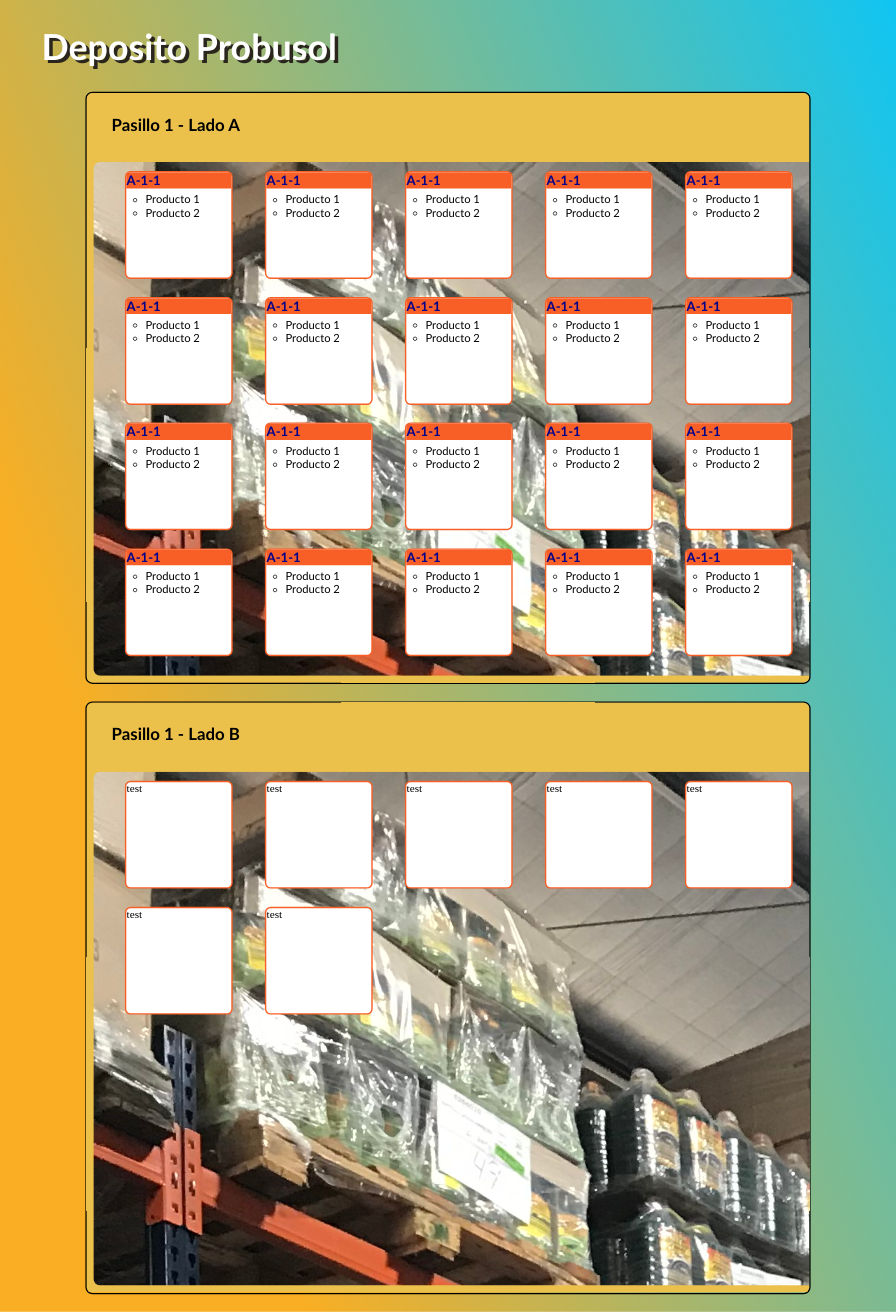
Repository: Franzcod/DepoStock_Web
Page: index.html
The author's editor kept a copy of each file at every save. The page is drawn from the files as they stood at one save, then again after the next save.
The browser window is 1280 px wide. The pictures show the whole page, at 70% of full size.

Above is the page before, as saved 2020-06-07 22:54:52.
Console error: ReferenceError: ur is not defined

### index.html
<!DOCTYPE html>
<html lang="en">
<head>
    <meta charset="UTF-8">
    <meta name="viewport" content="width=device-width, initial-scale=1.0">
    <title>Deposito Probusol</title>

    <link rel="stylesheet" href="estilo/estilo.css">
</head>
<body>

    <div class="titulo">
        <h1>Deposito Probusol</h1>
    </div>


    <div class="app">
        <h2>Pasillo 1 - Lado A</h2>

        <ul class="hs">

            <li class="item">

                <h3 class="pos">A-1-1</h3>
                <ul class="listaProduc">
                    <li class="producto"> Producto 1</li>
                    <li class="producto"> Producto 2</li>
                </ul>
            </li>

            <li class="item">

                <h3 class="pos">A-1-1</h3>
                <ul class="listaProduc">
                    <li class="producto"> Producto 1</li>
                    <li class="producto"> Producto 2</li>
                </ul>
            </li>
            <li class="item">

                <h3 class="pos">A-1-1</h3>
                <ul class="listaProduc">
                    <li class="producto"> Producto 1</li>
                    <li class="producto"> Producto 2</li>
                </ul>
            </li>
            <li class="item">

                <h3 class="pos">A-1-1</h3>
                <ul class="listaProduc">
                    <li class="producto"> Producto 1</li>
                    <li class="producto"> Producto 2</li>
                </ul>
            </li>
            <li class="item">

                <h3 class="pos">A-1-1</h3>
                <ul class="listaProduc">
                    <li class="producto"> Producto 1</li>
                    <li class="producto"> Producto 2</li>
                </ul>
            </li>
            <li class="item">

                <h3 class="pos">A-1-1</h3>
                <ul class="listaProduc">
                    <li class="producto"> Producto 1</li>
                    <li class="producto"> Producto 2</li>
                </ul>
            </li>
            <li class="item">

                <h3 class="pos">A-1-1</h3>
                <ul class="listaProduc">
                    <li class="producto"> Producto 1</li>
                    <li class="producto"> Producto 2</li>
                </ul>
            </li>
            <li class="item">

                <h3 class="pos">A-1-1</h3>
                <ul class="listaProduc">
                    <li class="producto"> Producto 1</li>
                    <li class="producto"> Producto 2</li>
                </ul>
            </li>
            <li class="item">

                <h3 class="pos">A-1-1</h3>
                <ul class="listaProduc">
                    <li class="producto"> Producto 1</li>
                    <li class="producto"> Producto 2</li>
                </ul>
            </li>
            <li class="item">

                <h3 class="pos">A-1-1</h3>
                <ul class="listaProduc">
                    <li class="producto"> Producto 1</li>
                    <li class="producto"> Producto 2</li>
                </ul>
            </li>
            <li class="item">

                <h3 class="pos">A-1-1</h3>
                <ul class="listaProduc">
                    <li class="producto"> Producto 1</li>
                    <li class="producto"> Producto 2</li>
                </ul>
            </li>
            <li class="item">

                <h3 class="pos">A-1-1</h3>
                <ul class="listaProduc">
                    <li class="producto"> Producto 1</li>
                    <li class="producto"> Producto 2</li>
                </ul>
            </li>
            <li class="item">

                <h3 class="pos">A-1-1</h3>
                <ul class="listaProduc">
                    <li class="producto"> Producto 1</li>
                    <li class="producto"> Producto 2</li>
                </ul>
            </li>
            <li class="item">

                <h3 class="pos">A-1-1</h3>
                <ul class="listaProduc">
                    <li class="producto"> Producto 1</li>
                    <li class="producto"> Producto 2</li>
                </ul>
            </li>
            <li class="item">

                <h3 class="pos">A-1-1</h3>
                <ul class="listaProduc">
                    <li class="producto"> Producto 1</li>
                    <li class="producto"> Producto 2</li>
                </ul>
            </li>
            <li class="item">

                <h3 class="pos">A-1-1</h3>
                <ul class="listaProduc">
                    <li class="producto"> Producto 1</li>
                    <li class="producto"> Producto 2</li>
                </ul>
            </li>
            <li class="item">

                <h3 class="pos">A-1-1</h3>
                <ul class="listaProduc">
                    <li class="producto"> Producto 1</li>
                    <li class="producto"> Producto 2</li>
                </ul>
            </li>
            <li class="item">

                <h3 class="pos">A-1-1</h3>
                <ul class="listaProduc">
                    <li class="producto"> Producto 1</li>
                    <li class="producto"> Producto 2</li>
                </ul>
            </li>
            <li class="item">

                <h3 class="pos">A-1-1</h3>
                <ul class="listaProduc">
                    <li class="producto"> Producto 1</li>
                    <li class="producto"> Producto 2</li>
                </ul>
            </li>
            <li class="item">

                <h3 class="pos">A-1-1</h3>
                <ul class="listaProduc">
                    <li class="producto"> Producto 1</li>
                    <li class="producto"> Producto 2</li>
                </ul>
            </li>
            <li class="item">

                <h3 class="pos">A-1-1</h3>
                <ul class="listaProduc">
                    <li class="producto"> Producto 1</li>
                    <li class="producto"> Producto 2</li>
                </ul>
            </li>
            <li class="item">

                <h3 class="pos">A-1-1</h3>
                <ul class="listaProduc">
                    <li class="producto"> Producto 1</li>
                    <li class="producto"> Producto 2</li>
                </ul>
            </li>
            <li class="item">

                <h3 class="pos">A-1-1</h3>
                <ul class="listaProduc">
                    <li class="producto"> Producto 1</li>
                    <li class="producto"> Producto 2</li>
                </ul>
            </li>
            <li class="item">

                <h3 class="pos">A-1-1</h3>
                <ul class="listaProduc">
                    <li class="producto"> Producto 1</li>
                    <li class="producto"> Producto 2</li>
                </ul>
            </li>
            <li class="item">

                <h3 class="pos">A-1-1</h3>
                <ul class="listaProduc">
                    <li class="producto"> Producto 1</li>
                    <li class="producto"> Producto 2</li>
                </ul>
            </li>
            <li class="item">

                <h3 class="pos">A-1-1</h3>
                <ul class="listaProduc">
                    <li class="producto"> Producto 1</li>
                    <li class="producto"> Producto 2</li>
                </ul>
            </li>
            <li class="item">

                <h3 class="pos">A-1-1</h3>
                <ul class="listaProduc">
                    <li class="producto"> Producto 1</li>
                    <li class="producto"> Producto 2</li>
                </ul>
            </li>
            <li class="item">

                <h3 class="pos">A-1-1</h3>
                <ul class="listaProduc">
                    <li class="producto"> Producto 1</li>
                    <li class="producto"> Producto 2</li>
                </ul>
            </li>
            <li class="item">

                <h3 class="pos">A-1-1</h3>
                <ul class="listaProduc">
                    <li class="producto"> Producto 1</li>
                    <li class="producto"> Producto 2</li>
                </ul>
            </li>
            <li class="item">

                <h3 class="pos">A-1-1</h3>
                <ul class="listaProduc">
                    <li class="producto"> Producto 1</li>
                    <li class="producto"> Producto 2</li>
                </ul>
            </li>
            <li class="item">

                <h3 class="pos">A-1-1</h3>
                <ul class="listaProduc">
                    <li class="producto"> Producto 1</li>
                    <li class="producto"> Producto 2</li>
                </ul>
            </li>
            <li class="item">

                <h3 class="pos">A-1-1</h3>
                <ul class="listaProduc">
                    <li class="producto"> Producto 1</li>
                    <li class="producto"> Producto 2</li>
                </ul>
            </li>
            <li class="item">

                <h3 class="pos">A-1-1</h3>
                <ul class="listaProduc">
                    <li class="producto"> Producto 1</li>
                    <li class="producto"> Producto 2</li>
                </ul>
            </li>
            <li class="item">

                <h3 class="pos">A-1-1</h3>
                <ul class="listaProduc">
                    <li class="producto"> Producto 1</li>
                    <li class="producto"> Producto 2</li>
                </ul>
            </li>
            <li class="item">

                <h3 class="pos">A-1-1</h3>
                <ul class="listaProduc">
                    <li class="producto"> Producto 1</li>
                    <li class="producto"> Producto 2</li>
                </ul>
            </li>
            <li class="item">

                <h3 class="pos">A-1-1</h3>
                <ul class="listaProduc">
                    <li class="producto"> Producto 1</li>
                </ul>
            </li>
            <li class="item">

                <h3 class="pos">A-1-1</h3>
                <ul class="listaProduc">
                    <li class="producto"> Producto 1</li>
                    <li class="producto"> Producto 2</li>
                </ul>
            </li>
            <li class="item">

                <h3 class="pos">A-1-1</h3>
                <ul class="listaProduc">
                    <li class="producto"> Producto 1</li>
                    <li class="producto"> Producto 2</li>
                </ul>
            </li>
            <li class="item">

                <h3 class="pos">A-1-1</h3>
                <ul class="listaProduc">
                    <li class="producto"> Producto 1</li>
                    <li class="producto"> Producto 2</li>
                </ul>
            </li>
            <li class="item">

                <h3 class="pos">A-1-1</h3>
                <ul class="listaProduc">
                    <li class="producto"> Producto 1</li>
                    <li class="producto"> Producto 2</li>
                </ul>
            </li>



        </ul>

        <!-- <div class="container">
            <div class="item">
            <h3>Block for context</h3>
            </div>
        </div> -->
    </div>

    <div class="app">
        <h2>Pasillo 1 - Lado B</h2>

        <ul class="hs">
            <li class="item">test</li>
            <li class="item">test</li>
            <li class="item">test</li>
            <li class="item">test</li>
            <li class="item">test</li>
            <li class="item">test</li>
            <li class="item">test</li>
            <li class="item">test</li>
            <li class="item">test</li>
            <li class="item">test</li>
            <li class="item">test</li>
            <li class="item">test</li>

        </ul>

        <!-- <div class="container">
            <div class="item">
            <h3>Block for context</h3>
            </div>
        </div> -->
    </div>






    <script>ur</script>

</body>







</html>

### estilo/estilo.css
html{
    background: rgb(11,196,242);
    background: linear-gradient(249deg, rgba(11,196,242,0.981127485173757) 0%, rgba(248,163,5,0.8774860285911239) 78%);
}

.titulo{
    margin: 2vw 4vw;
    align-items: flex-start;
    color: #fff;
    font-size: 2vw;
    font-family: 'Gill Sans', 'Gill Sans MT', Calibri, 'Trebuchet MS', sans-serif;
    text-shadow: 5px 5px rgb(42, 38, 30);

}


:root {
--gutter: 20px;
}

.app {
    padding: 10px;
    display: grid;
    grid-gap: var(--gutter) 0;
    border: 2px solid black;
    /* grid-template-columns: var(--gutter) 1fr var(--gutter);  */
    align-content: start;
    width: 80%;
    height: 75%;

    background: rgb(235, 192, 75);
    /* overflow-y: scroll; */
    margin: 2vw auto;
    overflow-x: auto;
    border-radius: 10px;
}


.hs {
    display: grid;
    grid-template-columns: repeat(10, 1fr);
    grid-template-rows: repeat(4, 1fr);
    overflow-x: auto;
    /* scroll-snap-type: x proximity; */
    padding-bottom: calc(.75 * var(--gutter));
    background-color:whitesmoke;
    width: 2000px;
    align-items: center;
    margin: auto;
    border-radius: 10px;
    background-image: url("/img/dep.jpg");
    image-resolution: initial;
}

h2{
    margin-left: 2vw;
    font-family: 'Gill Sans', 'Gill Sans MT', Calibri, 'Trebuchet MS', sans-serif;
}

.item {
    /* scroll-snap-align: center; */
    /* padding: 2px;  */
    display: flex;
    flex-direction: column;
    justify-content: start;
    align-items: flex-start;
    background: #fff;
    border: 2px solid rgb(247, 95, 39);
    border-radius: 8px;
    height: 150px;
    width: 150px;
    margin: 1vw 5px;
}


.pos{
    width: 100%;
    height: 15%;
    border-radius: 4px 4px 0 0 ;
    margin: 0px auto;
    align-items: center;
    color: darkblue;
    background-color: rgb(247, 95, 39);
    font-family: 'Gill Sans', 'Gill Sans MT', Calibri, 'Trebuchet MS', sans-serif;

}


.listaProduc{
    margin-top: 5px;
    margin-left: 2px;
    padding-left: 25px;
    font-family: 'Gill Sans', 'Gill Sans MT', Calibri, 'Trebuchet MS', sans-serif;

}

After the next save:
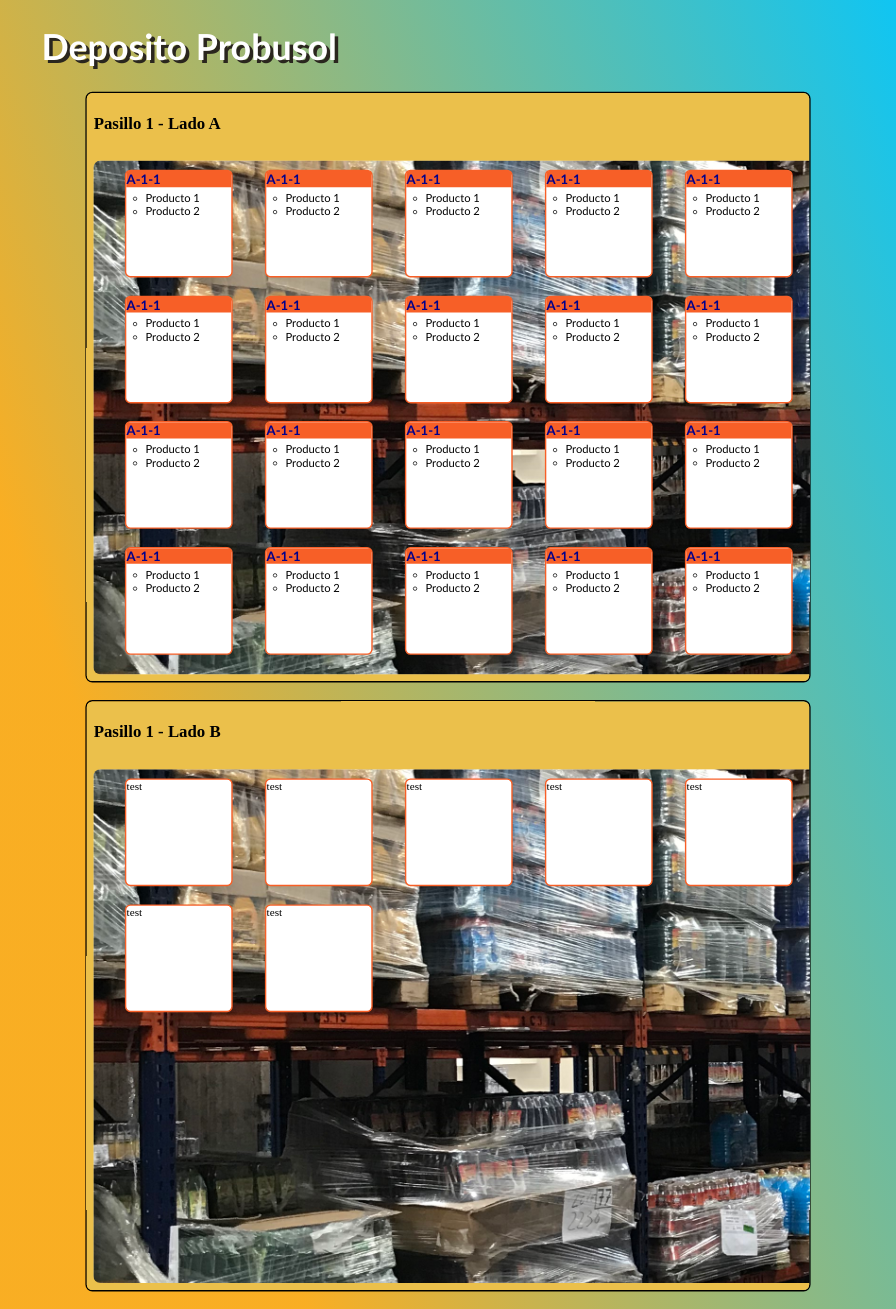
Saved 45 s later.
--- a/estilo/estilo.css
+++ b/estilo/estilo.css
@@ -49,8 +49,9 @@ html{
     margin: auto;
     border-radius: 10px;
     background-image: url("/img/dep.jpg");
-    image-resolution: initial;
-}
+    background-position: center; /* Center the image */
+    background-repeat: no-repeat; /* Do not repeat the image */
+    background-size: cover;
 
 h2{
     margin-left: 2vw;
